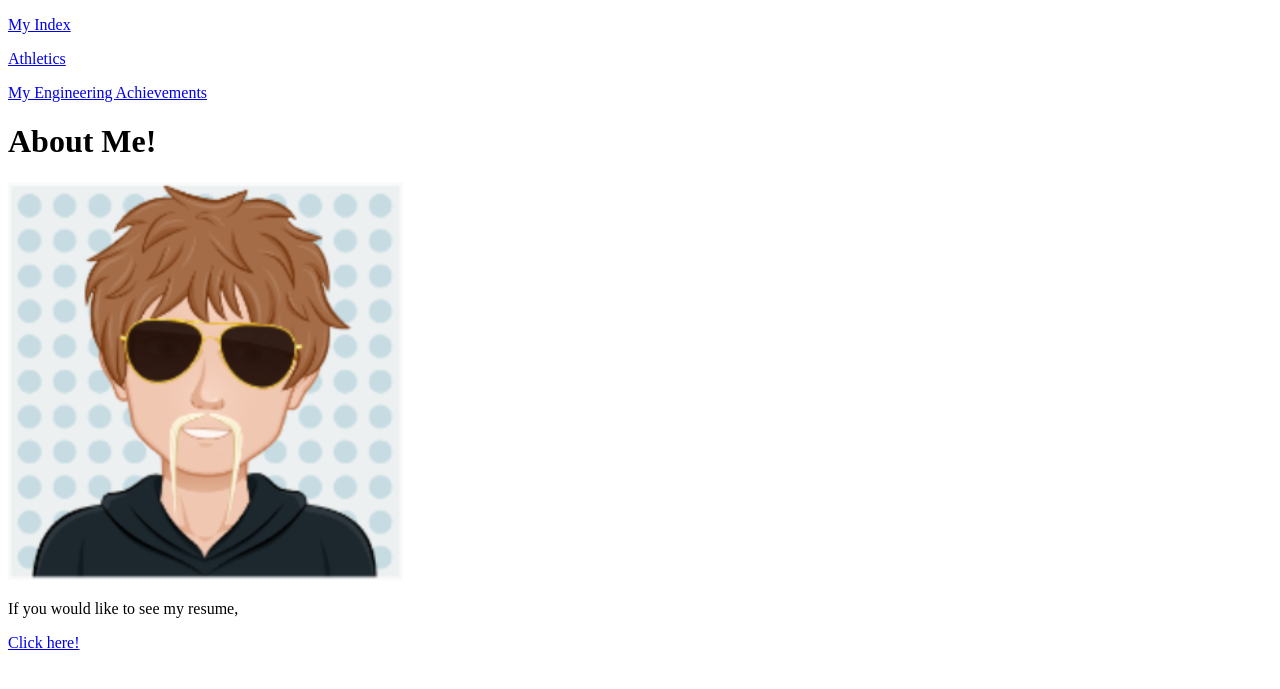
Repository: jacobsirois/jacobsirois.github.io
Page: aboutme.html
The author's editor kept a record of every edit. The page is drawn from the files as they stood at one moment, then again after the next edit.
The browser window is 1280 px wide. The pictures show the whole page.

Above is the page before.

### aboutme.html
<!DOCTYPE html>
<html>
<head>
<title>Page Title</title>
</head>
<body>

<p><a href="index.html">My Index</p>
<p><a href="athletics.html">Athletics</a></p>
<p><a href="engineering.html">My Engineering Achievements</a></p>

<h1>About Me!</h1>
<img src="images/avatar.jpg" alt="my avatar">
<p>If you would like to see my resume,</p>
<a href="https://docs.google.com/document/d/1-AdmVu0SB5snxsAU3fiWYV94WNg3X-d_nUklR3OvtXk/edit?usp=sharing" target="_blank">Click here!</a>
</body>
</html>

After the next edit:
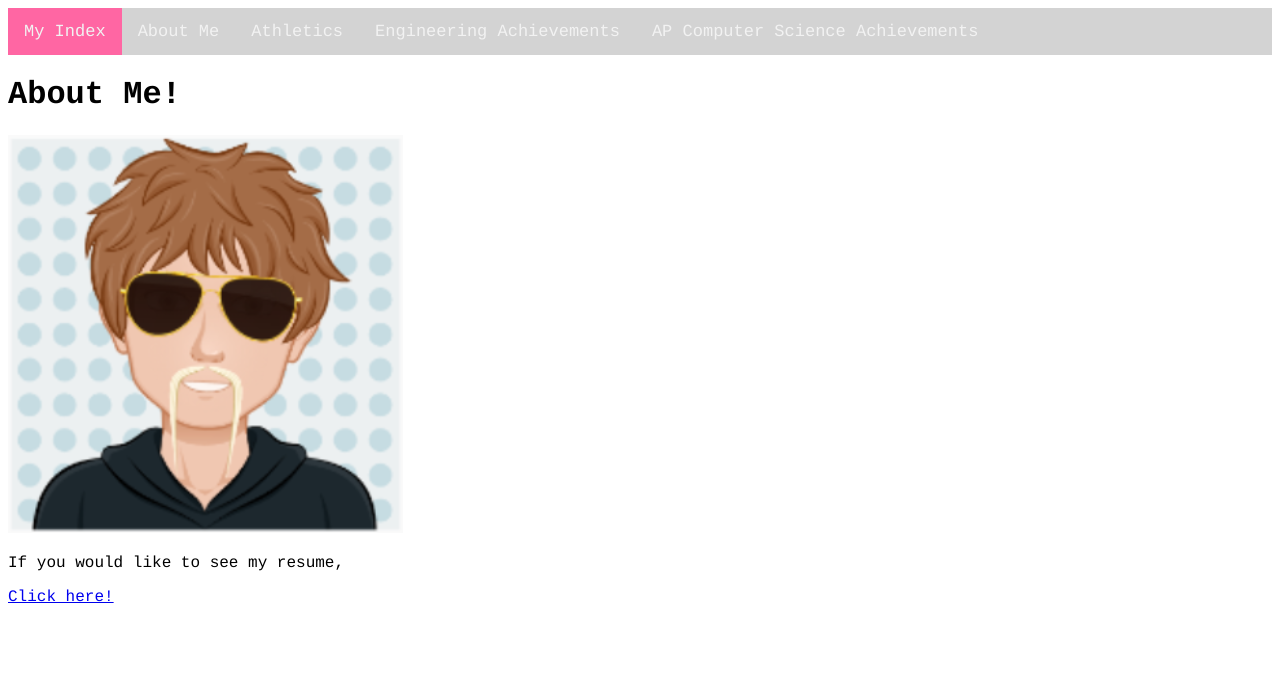
Not found: index.css
The edit:
--- a/aboutme.html
+++ b/aboutme.html
@@ -5,9 +5,93 @@
 </head>
 <body>
 
-<p><a href="index.html">My Index</p>
-<p><a href="athletics.html">Athletics</a></p>
-<p><a href="engineering.html">My Engineering Achievements</a></p>
+<title>
+"About Me"
+<meta charset="utf-8">
+</title>
+<link href="index.css" rel="stylesheet" type="text/css">
+<meta name="viewport" content="width=device-width, initial-scale=1">
+<link rel="stylesheet" href="https://cdnjs.cloudflare.com/ajax/libs/font-awesome/4.7.0/css/font-awesome.min.css">
+
+<style>
+body {
+  font-family: courier;
+}
+
+.topnav {
+  overflow: hidden;
+  background-color: lightgrey;
+}
+
+.topnav a {
+  float: left;
+  display: block;
+  color: #f2f2f2;
+  text-align: center;
+  padding: 14px 16px;
+  text-decoration: none;
+  font-size: 17px;
+}
+
+.topnav a:hover {
+  background-color: #ddd;
+  color: black;
+}
+
+.active {
+  background-color: #ff66a3;
+  color: white;
+}
+
+.topnav .icon {
+  display: none;
+}
+
+@media screen and (max-width: 600px) {
+  .topnav a:not(:first-child) {display: none;}
+  .topnav a.icon {
+    float: right;
+    display: block;
+  }
+}
+
+@media screen and (max-width: 600px) {
+  .topnav.responsive {position: relative;}
+  .topnav.responsive .icon {
+    position: absolute;
+    right: 0;
+    top: 0;
+  }
+  .topnav.responsive a {
+    float: none;
+    display: block;
+    text-align: left;
+  }
+}
+</style>
+
+<div class="topnav" id="myTopnav">
+  <a href="index.html" class="active">My Index</a>
+  <a href="aboutme.html">About Me</a>
+  <a href="athletics.html">Athletics</a>
+  <a href="engineering.html">Engineering Achievements</a>
+  <a href="compsci.html">AP Computer Science Achievements</a>
+  <a href="javascript:void(0);" class="icon" onclick="myFunction()">
+    <i class="fa fa-bars"></i>
+  </a>
+</div>
+
+<script>
+function myFunction() {
+    var x = document.getElementById("myTopnav");
+    if (x.className === "topnav") {
+        x.className += " responsive";
+    } else {
+        x.className = "topnav";
+    }
+}
+</script>
+
 
 <h1>About Me!</h1>
 <img src="images/avatar.jpg" alt="my avatar">
